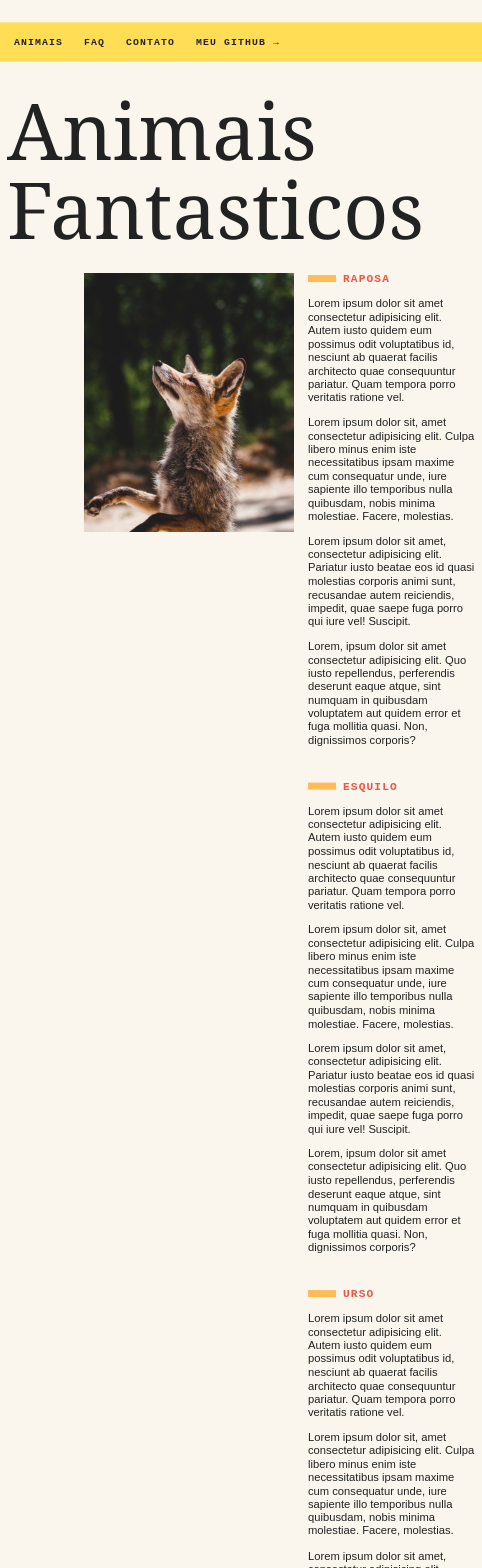
Repository: meiotera/animaisPagina
Page: index.html
These files come from the project's save history. The page is drawn as it stood at one moment and after the next save; the edit follows.
The browser window is 600 px wide. The page is 689 px wide, then 605 px, so the pictures cover 689 px, including what lies to the right of the window. The pictures show the part of the page from y = 0 to 2240 px (the page is 6413 px tall before and 4517 px after), at 70% of full size.

Above is the page before, as saved 2025-05-03 07:15:01.

After the next save:
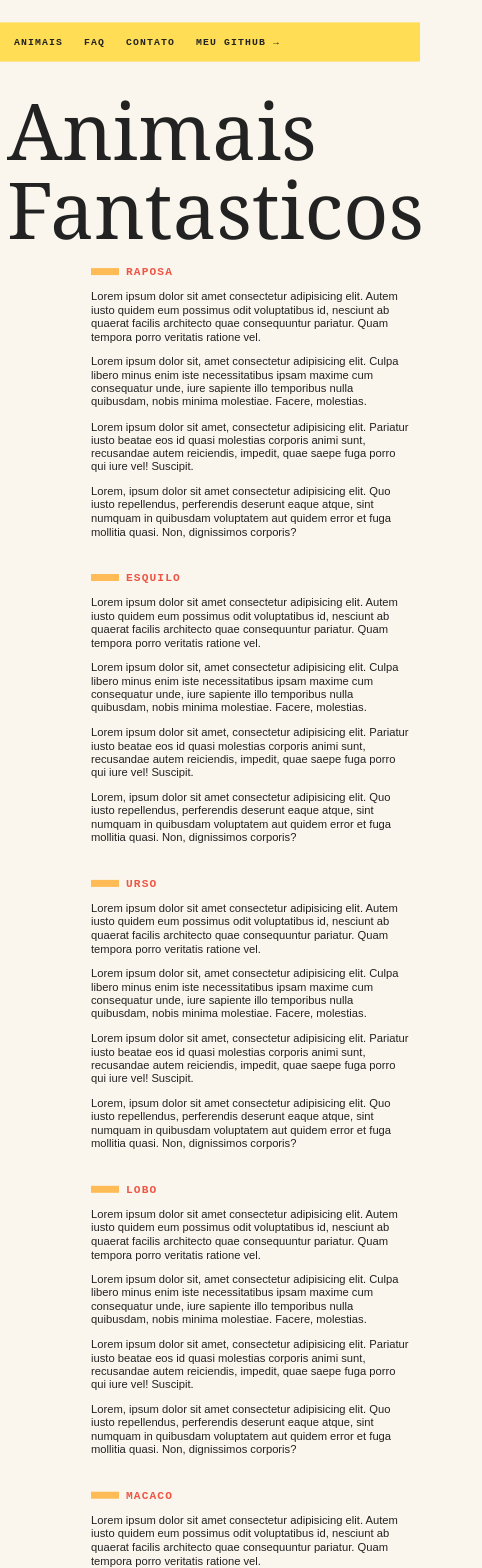
Saved 3 min 45 s later.
--- a/css/style.css
+++ b/css/style.css
@@ -200,4 +200,9 @@
   .copy {
     grid-column: 1;
   }
-}
+
+  .grid-section {
+    grid-template-columns: 100px 1fr;
+    grid-gap: 10px;
+  }
+}
